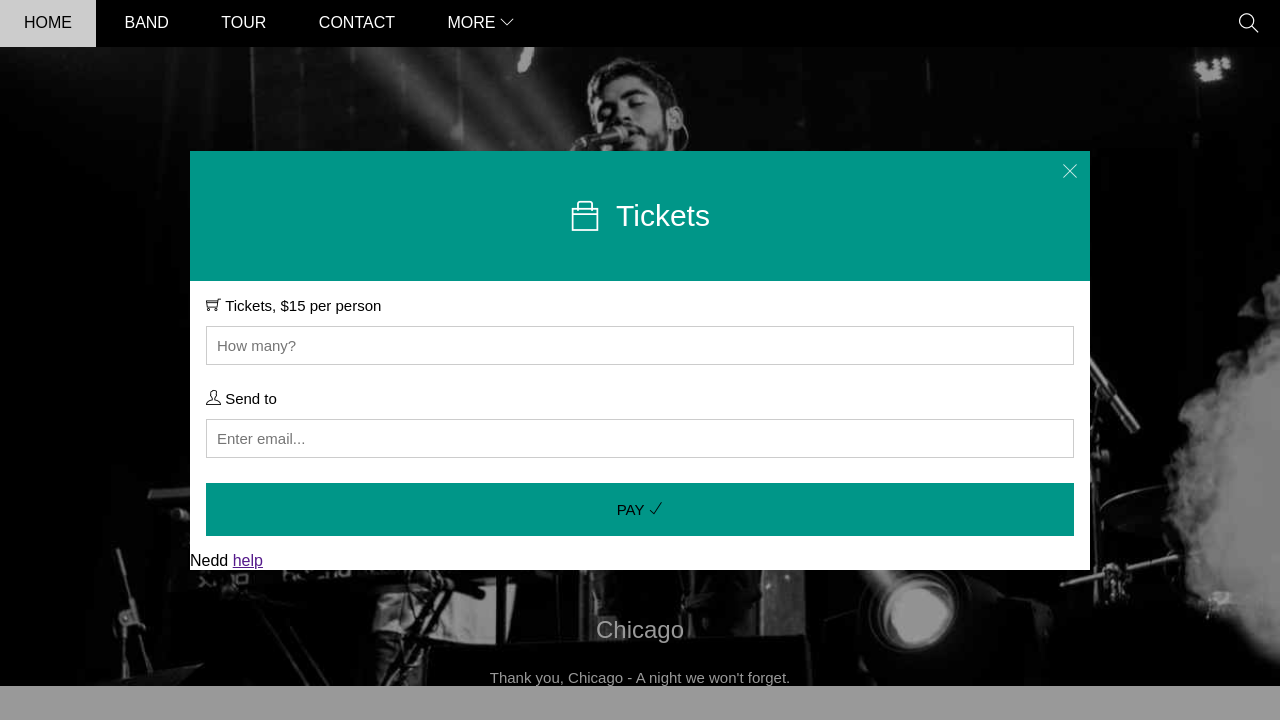
Repository: Thanhtrunghoang123/the-band
Page: index.html
These files come from the project's save history. The page is drawn as it stood at one moment and after the next save; the edit follows.
The browser window is 1280 px wide. The pictures show the window.
The pointer rests on the first visible `#buy-tickets`.
A layer covers the whole window, so only the first screen is drawn.

Above is the page before, as saved 2022-07-21 22:26:06.

After the next save:
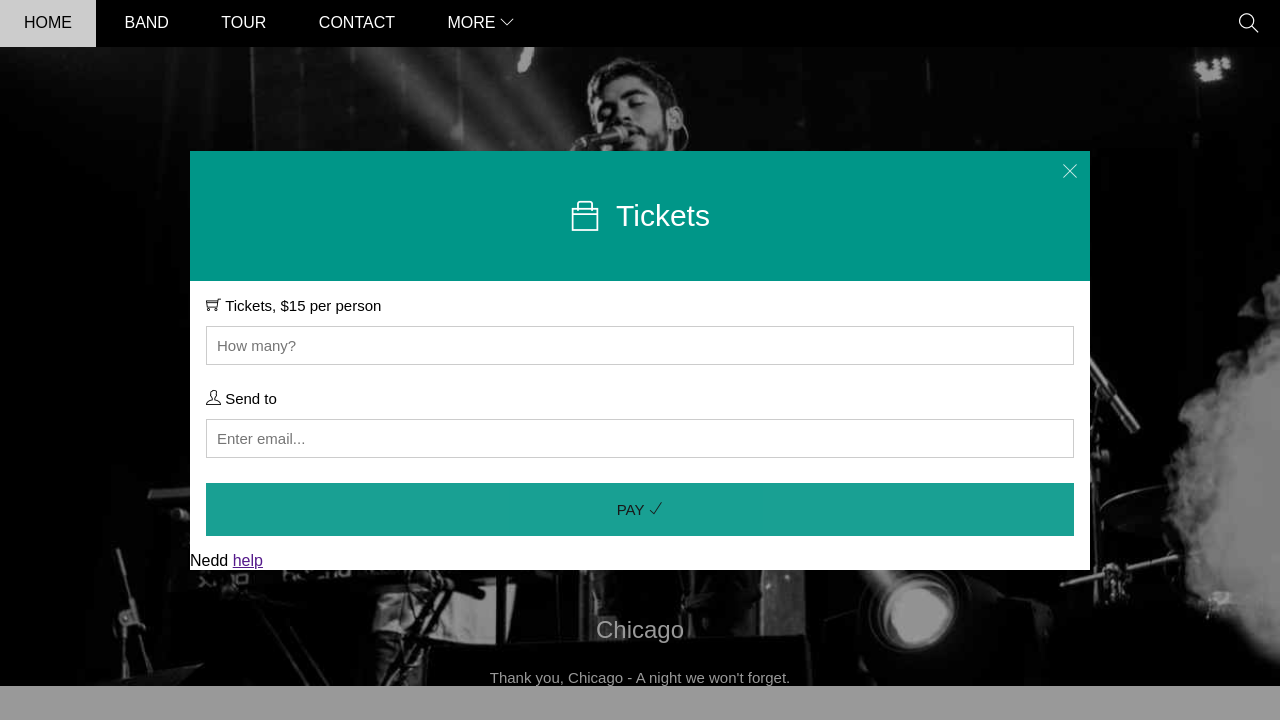
Saved 27 s later.
--- a/assest/css/style.css
+++ b/assest/css/style.css
@@ -347,6 +347,10 @@
     cursor: pointer;
 }
 
+#buy-tickets:hover {
+    opacity: 0.9;
+}
+
 #footer{
 
 }
